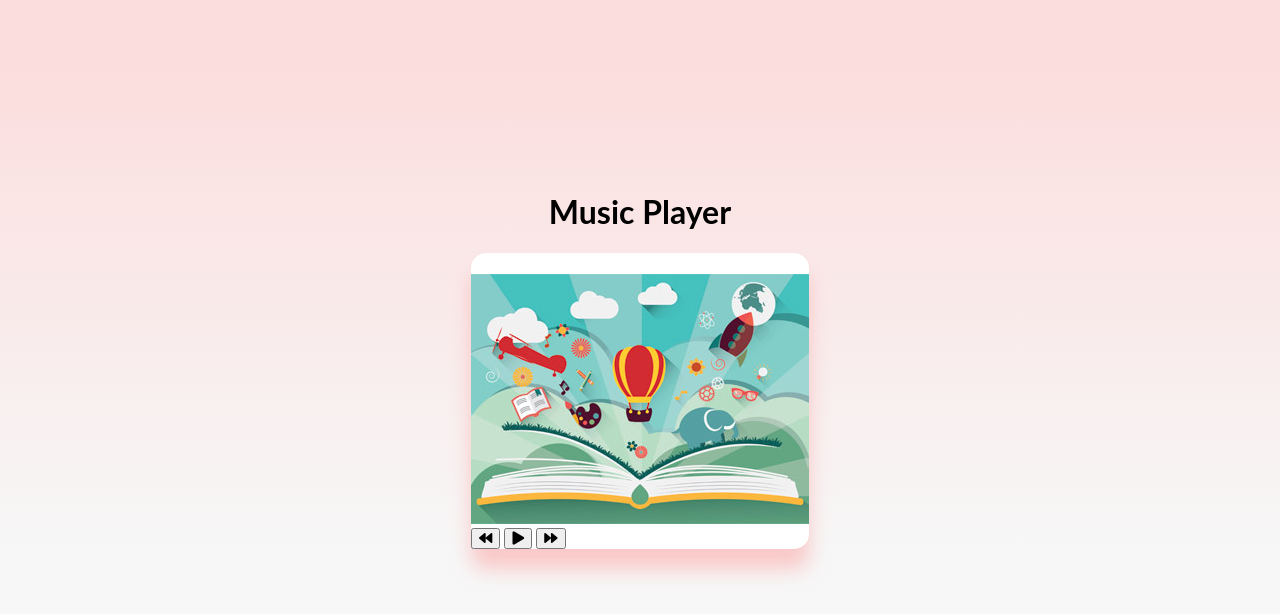
Repository: Youvelop/musicPlayer
Page: index.html
These files come from the project's save history. The page is drawn as it stood at one moment and after the next save; the edit follows.
The browser window is 1280 px wide. The pictures show the whole page.
Some web fonts or font styles are not loaded; a fallback is used. Some web libraries are served in a nearby version.

Above is the page before, as saved 2020-07-08 07:54:05.

### index.html
<!DOCTYPE html>
<html lang="en">
  <head>
    <meta charset="UTF-8" />
    <meta name="viewport" content="width=device-width, initial-scale=1.0" />
    <link
      rel="stylesheet"
      href="https://cdnjs.cloudflare.com/ajax/libs/font-awesome/5.10.2/css/all.min.css"
    />
    <link rel="stylesheet" href="style.css" />
    <title>Music Player</title>
  </head>
  <body>
    <h1>Music Player</h1>
    <div class="music-container" id="music-container">
      <div class="music-info">
        <h4 id="title"></h4>
        <div class="progress-container" id="progress-container">
          <div class="progress" id="progress"></div>
        </div>
      </div>
      <audio src="music/ukulele.mp3" id="audio"></audio>

      <div class="img-container">
        <img src="images/ukulele.jpg" id="cover" alt="music-cover" />
      </div>
      <div class="navigation">
        <button id="prev" class="action-btn">
          <i class="fas fa-backward"></i>
        </button>
        <button id="play" class="action-btn action-btn-big">
          <i class="fas fa-play"></i>
        </button>
        <button id="prev" class="action-btn">
          <i class="fas fa-forward"></i>
        </button>
      </div>
    </div>
    <script src="script.js"></script>
  </body>
</html>

### style.css
@import url(‘https://fonts.googleapis.com/css?family=Lato&display=sawp’);

* {
  box-sizing: border-box;
}

body {
  background-image: linear-gradient(
    0deg,
    rgba(247, 247, 247, 1) 23.8%,
    rgba(252, 221, 221, 1) 92%
  );
  height: 100vh;
  display: flex;
  flex-direction: column;
  align-items: center;
  justify-content: center;
  font-family: 'Lato', sans-serif;
  margin: 0;
}

.music-container {
  background-color: #fff;
  border-radius: 15px;
  box-shadow: 0 20px 20px 0 rgba(252, 169, 169, 0.6);
}

Loaded but not shown: script.js (no copy from this time; the picture is the same without it)

After the next save:
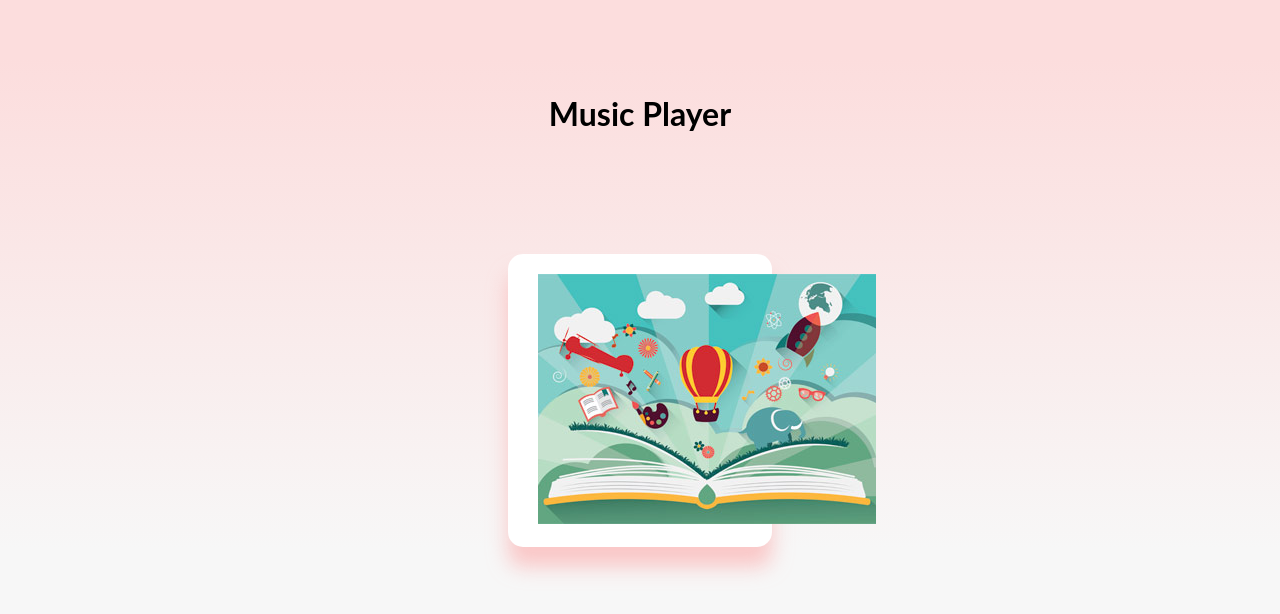
Saved 76 s later.
--- a/style.css
+++ b/style.css
@@ -23,4 +23,14 @@ body {
   background-color: #fff;
   border-radius: 15px;
   box-shadow: 0 20px 20px 0 rgba(252, 169, 169, 0.6);
+  display: flex;
+  padding: 20px 30px;
+  position: relative;
+  margin: 100px 0;
+  z-index: 10;
 }
+
+.img-container {
+  position: relative;
+  width: 110px;
+}
